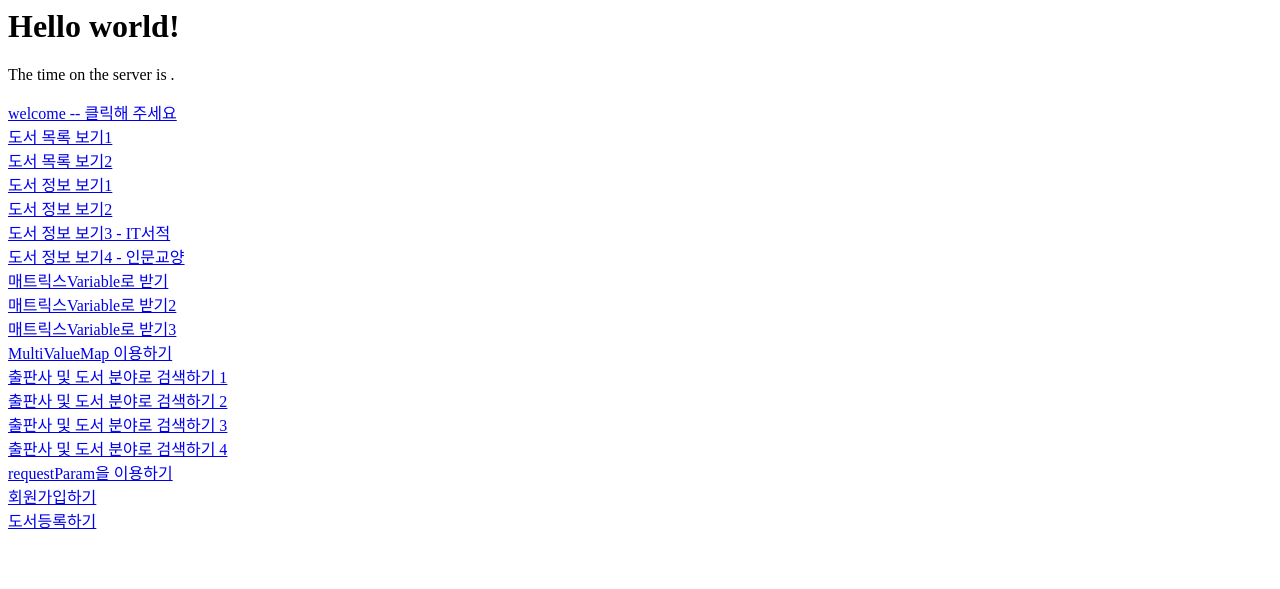
Repository: heojun0827/SpringLegacy
Page: http://localhost/book/WEB-INF/views/home.jsp
An editor plug-in stored every save of this project. The page is shown before and after the next save, followed by the edit.
The browser window is 1280 px wide. The pictures show the whole page.
The page is served by Tomcat 9. Nobody is signed in. The template is opened directly, without the code that normally fills it, so the values that code supplies are empty.

Above is the page before, as saved 2023-07-12 05:25:58.

After the next save:
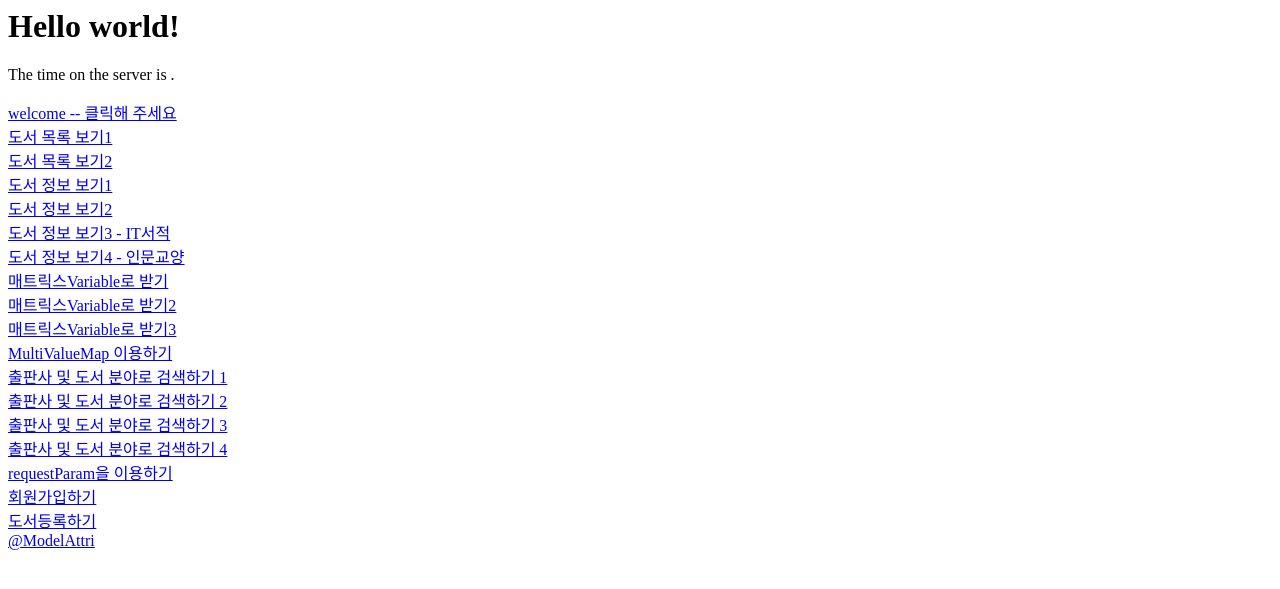
Saved 58 s later.
--- a/book/src/main/webapp/WEB-INF/views/home.jsp
+++ b/book/src/main/webapp/WEB-INF/views/home.jsp
@@ -32,5 +32,7 @@
 
 	<a href="/test/regForm">회원가입하기</a><br>
 	<a href="/books/regBook">도서등록하기</a><br>
+
+	<a href="/test/t9">@ModelAttri</a>
 </body>
 </html>
